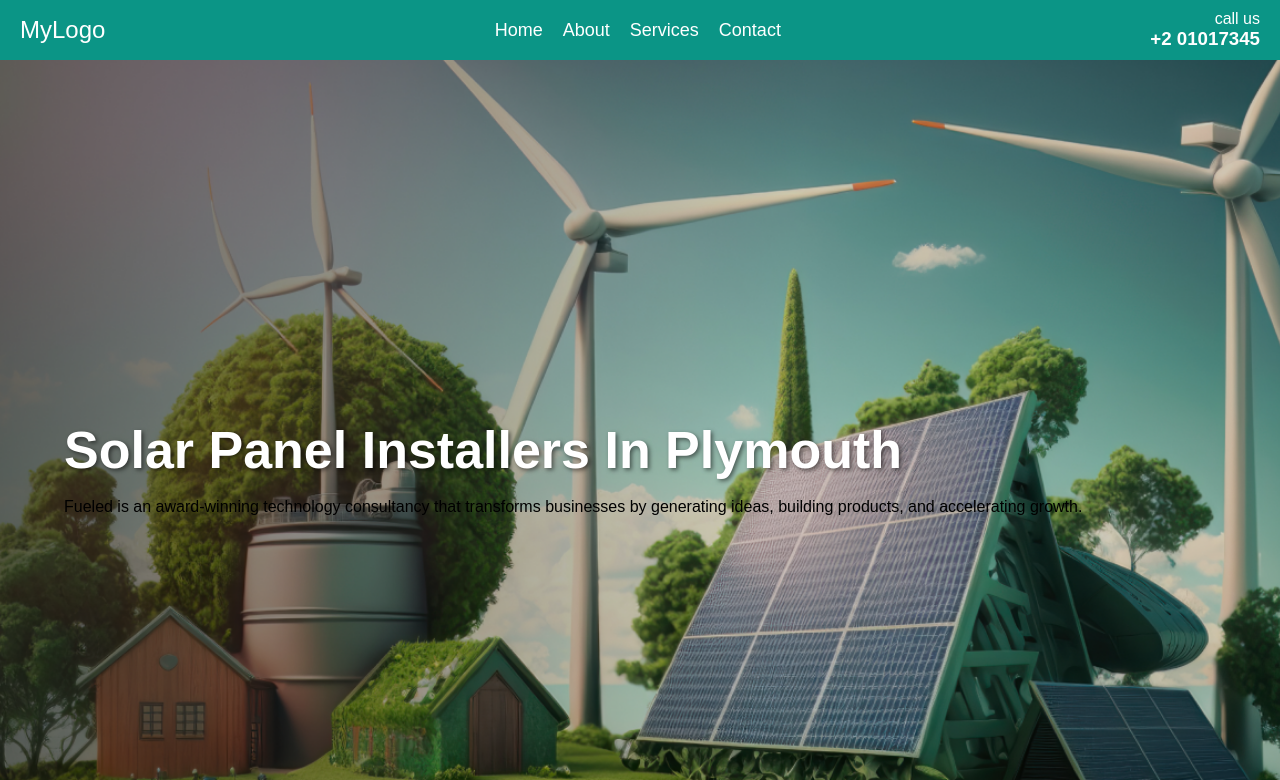
Repository: MaramNabil872/Landing-Page
Page: landingPage.html
An editor plug-in stored every save of this project. The page is shown before and after the next save, followed by the edit.
The browser window is 1280 px wide. The pictures show the whole page.

Above is the page before, as saved 2024-10-20 20:29:24.

After the next save:
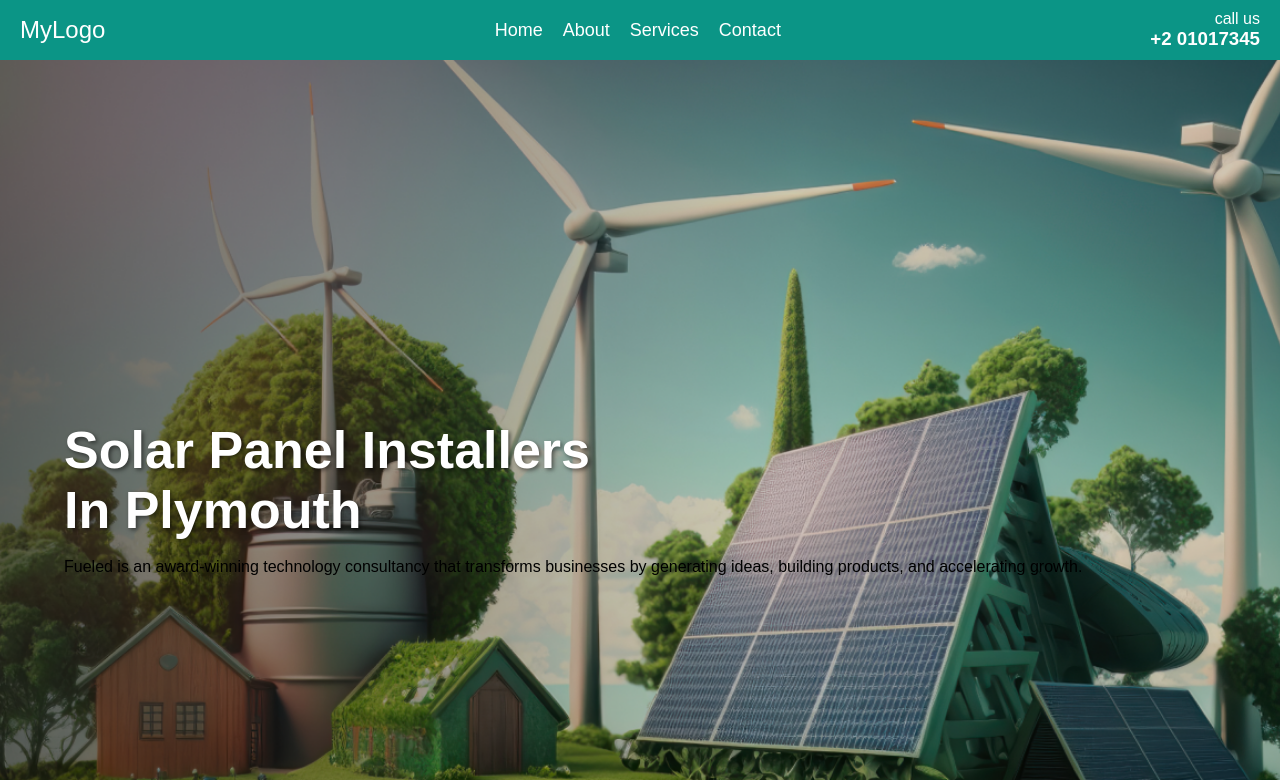
Saved 4 s later.
--- a/landingPage.html
+++ b/landingPage.html
@@ -30,7 +30,7 @@
             />
             <div class="main-text">
                 <h2 class="text-wallpaper">
-                    Solar Panel Installers In Plymouth
+                    Solar Panel Installers <br> In Plymouth
                 </h2>
                 <br />
                 <p class="text-paragraph">
